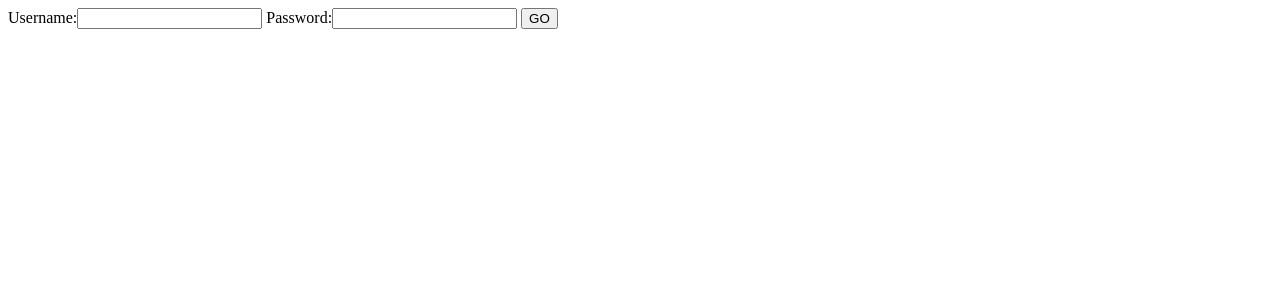
Repository: nagarjuna0287/workspace
Page: JspProject/WebContent/Sample.html
The author's editor kept a copy of each file at every save. The page is drawn from the files as they stood at one save, then again after the next save.
The browser window is 1280 px wide. The pictures show the whole page.

Above is the page before, as saved 2017-03-11 22:40:05.

### JspProject/WebContent/Sample.html
<!DOCTYPE html>
<html>
<head>
<meta charset="ISO-8859-1">
<title>Insert title here</title>
</head>
<body>
<form action="SampleJsp.jsp">
Username:<input type="text" name="uname"/>
Password:<input type="password" name="pwd"/>
<input type="submit" value="GO"/>
</form>
</body>
</html>

After the next save:
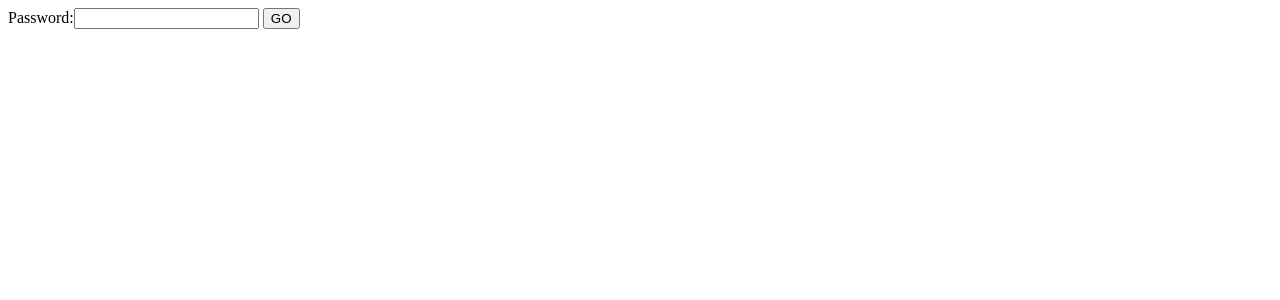
Saved 63 s later.
--- a/JspProject/WebContent/Sample.html
+++ b/JspProject/WebContent/Sample.html
@@ -6,7 +6,7 @@
 </head>
 <body>
 <form action="SampleJsp.jsp">
-Username:<input type="text" name="uname"/>
+
 Password:<input type="password" name="pwd"/>
 <input type="submit" value="GO"/>
 </form>
